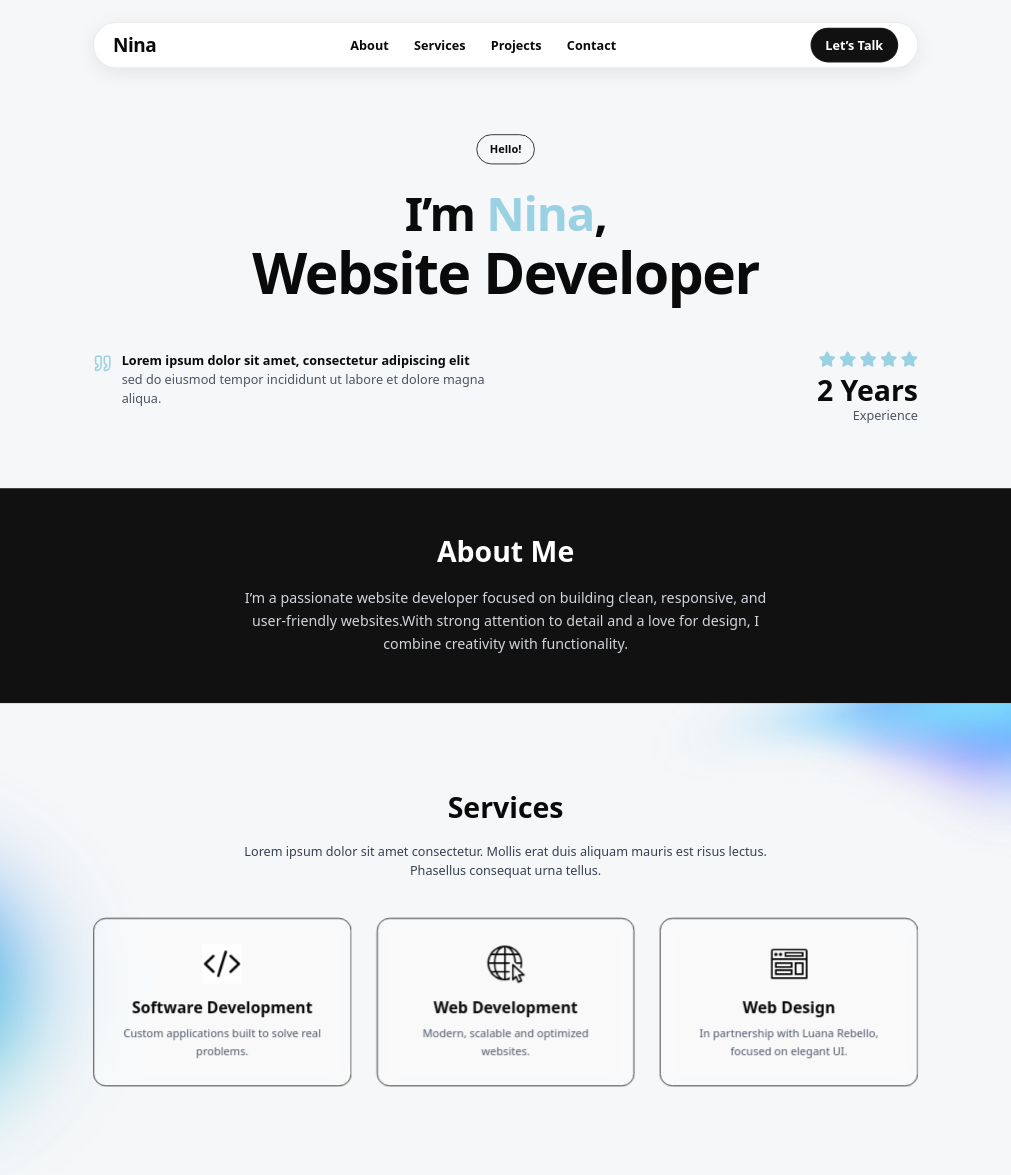
Repository: nina-rebello/portfolio
Page: /
These files come from the project's save history. The page is drawn as it stood at one moment and after the next save; the edit follows.
The browser window is 1280 px wide. The pictures show the whole page, at 79% of full size.
The project was rebuilt for these pictures with package versions that can differ from the ones it lists, and the page was loaded fresh each time. The framework's server and built-in components were replaced by stand-ins that run in the browser. Also part of the build but not shown: next.config.ts.

Above is the page before, as saved 2025-09-11 17:01:22.

### app/page.tsx
// app/page.tsx
import Header from "@/components/header/Header";
import AboutMe from "@/components/sections/About";
import Hero from "@/components/sections/Hero";
import Services from "@/components/sections/Services";

export default function HomePage() {
  return (
    <>
      <Header />
      <main>
        <Hero />
        <AboutMe />
        <Services />
      </main>
    </>
  );
}

### app/globals.css
@import "tailwindcss";
/* app/(styles)/header.css */
:root{
  --bg:#f6f7f8;           /* fundo clarinho do mock */
  --ink:#0a0a0a;          /* texto principal */
  --muted:#4b5563;        /* texto secundário */
  --pill:#ffffff;         /* fundo do header/cta pill */
  --brand:#9ad1e3;        /* azul do “Nina” e estrelas */
}

html,body{background:var(--bg); color:var(--ink);}

/* helpers */
.container-hero{max-width:1100px; margin-inline:auto; padding-inline:clamp(16px,3vw,28px);}
.glass{
  background:var(--pill);
  border:1px solid rgba(0,0,0,.08);
  box-shadow:0 6px 24px rgba(0,0,0,.08);
}
.btn-pill{
  border-radius:9999px; padding:10px 18px; font-weight:600;
  background:#111; color:#fff; border:1px solid rgba(255,255,255,.1);
  transition:transform .15s ease, box-shadow .15s ease, opacity .2s ease;
}
.btn-pill:hover{ transform:translateY(-1px); box-shadow:0 8px 24px rgba(0,0,0,.18);}
.nav-link{ padding:10px 14px; border-radius:12px; font-weight:600; }
.nav-link:hover{ background:rgba(0,0,0,.04); }

### components/header/Header.tsx
"use client";

import Link from "next/link";
import { useState, useEffect } from "react";
import { Menu, X } from "lucide-react";

const NAV = [
  { label: "About", href: "#about" },
  { label: "Services", href: "#services" },
  { label: "Projects", href: "#projects" },
  { label: "Contact", href: "#contact" },
];

export default function Header() {
  const [open, setOpen] = useState(false);

  // fecha o menu ao navegar/scroll
  useEffect(() => {
    const close = () => setOpen(false);
    window.addEventListener("scroll", close);
    return () => window.removeEventListener("scroll", close);
  }, []);

  return (
    <header className="sticky top-7 z-50">
      <div className="container-hero">
        <div
          className="glass flex items-center justify-between rounded-[32px] px-4 sm:px-6 py-1.5"
          role="navigation"
          aria-label="Primary"
        >
          {/* logo / nome */}
          <Link href="/" className="font-bold tracking-tight text-xl sm:text-2xl">
            Nina
          </Link>

          {/* desktop nav */}
          <nav className="hidden md:flex items-center gap-1">
            {NAV.map((i) => (
              <a key={i.href} href={i.href} className="nav-link">
                {i.label}
              </a>
            ))}
          </nav>

          {/* CTA */}
          <div className="hidden md:block">
            <a href="#contact" className="btn-pill">Let’s Talk</a>
          </div>

          {/* mobile toggle */}
          <button
            aria-label="Abrir menu"
            className="md:hidden p-2 rounded-xl hover:bg-black/5"
            onClick={() => setOpen((v) => !v)}
          >
            {open ? <X /> : <Menu />}
          </button>
        </div>

        {/* mobile sheet */}
        {open && (
          <div className="md:hidden mt-2 glass rounded-3xl p-3">
            <nav className="grid gap-1">
              {NAV.map((i) => (
                <a
                  key={i.href}
                  href={i.href}
                  className="nav-link"
                  onClick={() => setOpen(false)}
                >
                  {i.label}
                </a>
              ))}
              <a href="#contact" className="btn-pill text-center mt-1">
                Let’s Talk
              </a>
            </nav>
          </div>
        )}
      </div>
    </header>
  );
}

### components/sections/About.tsx
export default function AboutMe() {
  return (
    <section id="about" className="bg-[#111] text-white  py-11 sm:py-15 mt-4 sm:mt-20">
      <div className="container-hero text-center">
        <h2 className="text-3xl sm:text-4xl font-extrabold mb-6">
          About Me
        </h2>
        <p className="max-w-2xl mx-auto text-lg text-gray-300 leading-relaxed">
          I’m a passionate website developer focused on building
          clean, responsive, and user-friendly websites.
          {/* <br /> */}
          With strong attention to detail and a love for design,
          I combine creativity with functionality.
        </p>
      </div>
    </section>
  );
}

### components/sections/Hero.tsx
import { Quote, Star } from "lucide-react";

function HelloBubble() {
  return (
    <div className="inline-flex items-center gap-2">
      <span className="inline-flex items-center justify-center rounded-full border px-4 py-2 text-sm font-semibold">
        Hello!
      </span>
    </div>
  );
}

export default function Hero() {
  return (
    <section className="pt-20 sm:pt-28">
      <div className="container-hero">
        {/* bloco principal */}
        <div className="text-center">
          <div className="mb-6 sm:mb-8">
            <HelloBubble />
          </div>

          <p className="text-4xl sm:text-5xl md:text-6xl font-bold tracking-tight">
            I’m{" "}
            <span style={{ color: "var(--brand)" }}>
              Nina
            </span>
            ,
          </p>
          <h1 className="mt-2 text-4xl sm:text-6xl md:text-7xl font-bold tracking-tight">
            Website Developer
          </h1>
        </div>

        {/* faixa inferior: quote esquerda / rating direita */}
        <div className="mt-16 grid grid-cols-1 md:grid-cols-2 gap-8 items-start">
          {/* quote */}
          <div className="flex gap-3">
            <div className="mt-1">
              <Quote className="text-[var(--brand)]" />
            </div>
            <div>
              <p className="font-semibold">
                Lorem ipsum dolor sit amet, consectetur adipiscing elit
              </p>
              <p className="text-[var(--muted)]">
                sed do eiusmod tempor incididunt ut labore et dolore magna aliqua.
              </p>
            </div>
          </div>

          {/* rating / experiência */}
          <div className="flex md:justify-end">
            <div className="text-right">
              <div className="flex justify-end gap-1 mb-2" aria-label="5 out of 5 stars">
                {Array.from({ length: 5 }).map((_, i) => (
                  <Star key={i} className="text-[var(--brand)]" fill="currentColor" size={22} />
                ))}
              </div>
              <div className="text-3xl sm:text-4xl font-bold">2 Years</div>
              <div className="text-[var(--muted)]">Experience</div>
            </div>
          </div>
        </div>
      </div>
    </section>
  );
}

### components/sections/Services.tsx
import Image from "next/image";
import { Code, Globe, Layout } from "lucide-react";

const services = [
  {
    icon: "/icons/icons8-source-code-96.png",
    title: "Software Development",
    desc: "Custom applications built to solve real problems.",
  },
  {
    icon: "/icons/icons8-internet-100.png",
    title: "Web Development",
    desc: "Modern, scalable and optimized websites.",
  },
  {
    icon: "/icons/icons8-web-100.png",
    title: "Web Design",
    desc: "In partnership with Luana Rebello, focused on elegant UI.",
  },
];
export default function Services() {
  return (
    <section id="services" className="relative overflow-hidden py-28">
      {/* === background gradients === */}
      <div className="absolute inset-0 z-0 pointer-events-none select-none">
        <Image
          src="/gradients/light-leak-blur-transparent-free-png.png"
          alt=""
          width={1400}
          height={1000}
          className="absolute -top-80 left-200 w-[1000px] opacity-80"
          priority
        />
        <Image
          src="/gradients/blur-gradient.png"
          alt=""
          width={600}
          height={600}
          className="absolute top-4 right-250 w-[760px] opacity-70"
        />
      </div>

      {/* === conteúdo (fica acima do fundo) === */}
      <div className="container-hero relative z-10 text-center">
        <h2 className="text-3xl sm:text-4xl font-extrabold mb-6">Services</h2>
        <p className="max-w-2xl mx-auto mb-12 text-gray-700">
          Lorem ipsum dolor sit amet consectetur. Mollis erat duis aliquam
          mauris est risus lectus. Phasellus consequat urna tellus.
        </p>

        <div className="grid gap-8 sm:grid-cols-2 lg:grid-cols-3">
          {services.map((s) => (
            <div
              key={s.title}
              className="rounded-2xl p-8 backdrop-blur-md hover:shadow-xl transition
                       bg-white/30 border border- /20"
              >
              <Image
                src={s.icon}
                alt={s.title}
                width={50}
                height={50}
                className="mx-auto mb-4"
              />
              <h3 className="font-bold text-xl mb-2">{s.title}</h3>
              <p className="text-gray-600 text-sm leading-relaxed">{s.desc}</p>
            </div>
          ))}
        </div>
      </div>
    </section>
  );
}

Loaded but not shown: app/layout.tsx (common file)

After the next save:
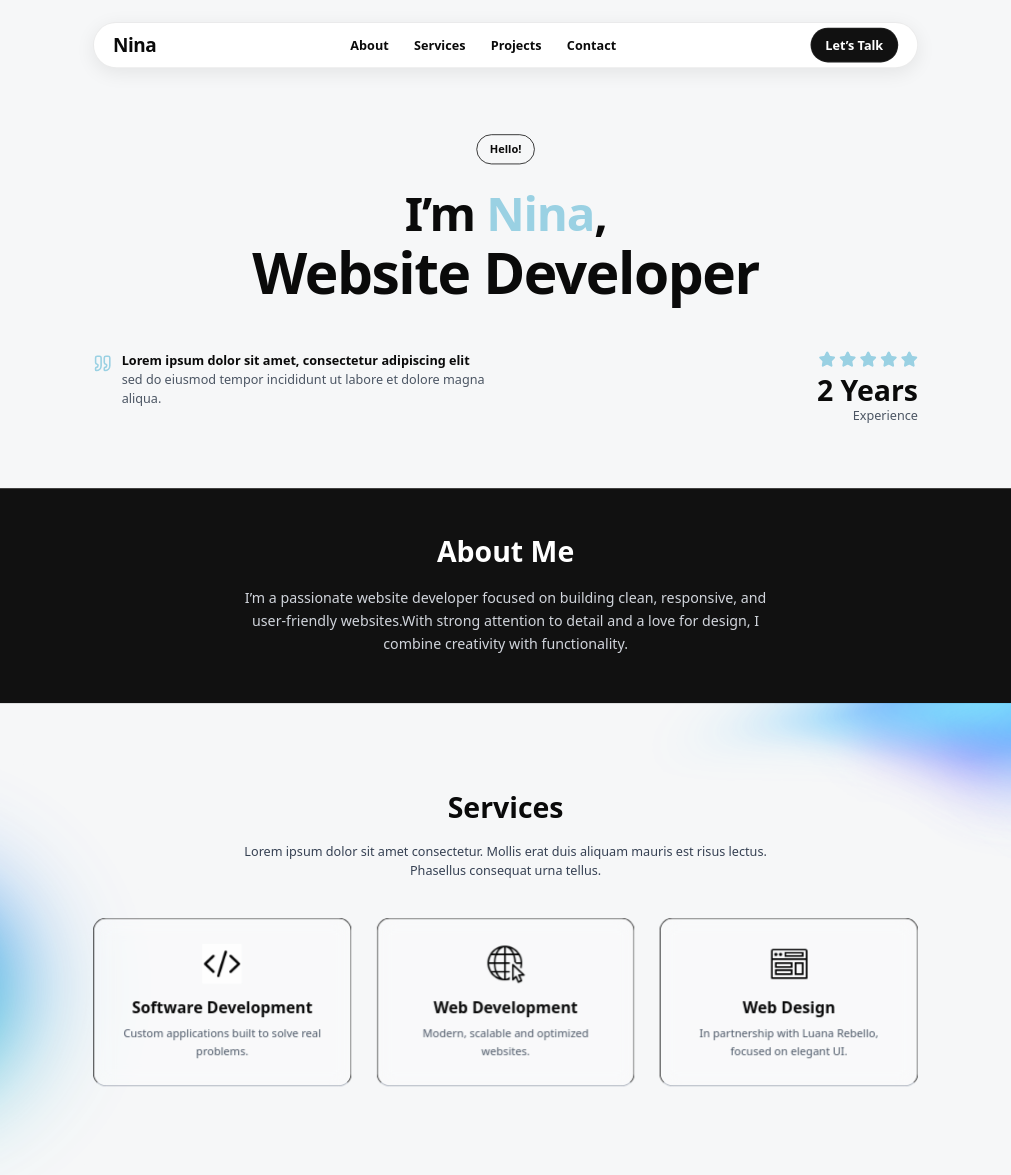
Saved 10 s later.
--- a/components/sections/Services.tsx
+++ b/components/sections/Services.tsx
@@ -53,7 +53,7 @@ export default function Services() {
             <div
               key={s.title}
               className="rounded-2xl p-8 backdrop-blur-md hover:shadow-xl transition
-                       bg-white/30 border border- /20"
+                       bg-white/30 border border-b-gray-400 /20"
               >
               <Image
                 src={s.icon}
